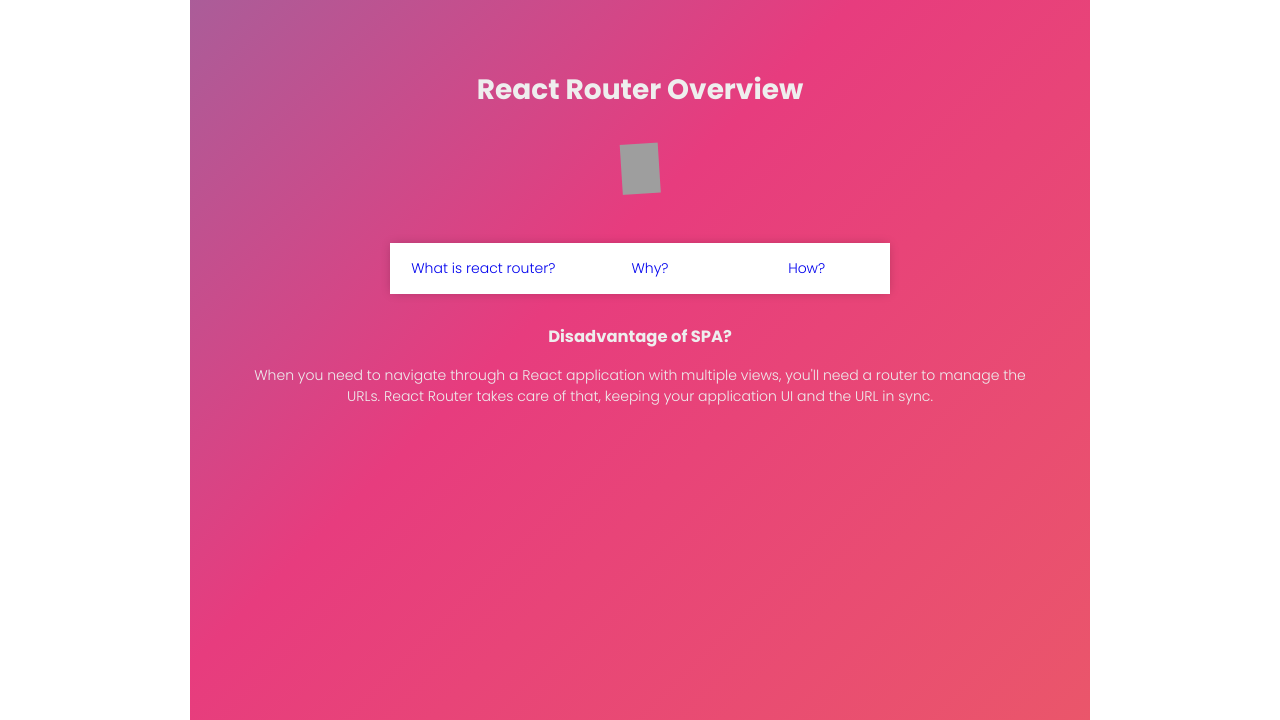
Repository: nguy3nds/2021-18-9-react
Page: /Why
An editor plug-in stored every save of this project. The page is shown before and after the next save, followed by the edit.
The browser window is 1280 px wide. The pictures show the whole page.
Pictures or frames that could not be fetched are drawn as grey boxes. The project was rebuilt for these pictures with package versions that can differ from the ones it lists, and the page was loaded fresh each time. Also part of the build but not shown: src/components/What.js, src/components/Why.js.

Above is the page before, as saved 2021-09-19 21:16:35.

### src/App.js
import React from "react";
import { BrowserRouter as Router, Switch, Route, Link } from "react-router-dom";
import "./App.css";
import What from "./components/What.js";
import How from "./components/Why";
import Why from "./components/How";
import styled, { keyframes } from "styled-components";

export default function App() {
  return (
    <Router>
      <DivContainer>
        <h1>React Router Overview</h1>
        <Rotate>
          <img
            src="https://lh6.googleusercontent.com/m9VlRb9FHZcqWTBz0msD2FZGpSQs84aAOwwniApLbL1oZWSDJsg4opq2uc81QzPWDtx5QJ2DeO12CFeol6vqJXcSOyp10LGoOW3K_wXIp3UDuQt1XhXE5KeUC8Epkj2hO51asKYe"
            className="App-logo"
            alt="logo"
            style={{ width: "50px" }}
          />
        </Rotate>
        <nav>
          <ul className="menu">
            <li class="menu-item has-child">
              <Link to="/What">What is react router?</Link>
            </li>
            <li className="menu-item has-child">
              <Link to="/Why">Why?</Link>
            </li>
            <li className="menu-item has-child">
              <Link to="/How">How?</Link>
            </li>
          </ul>
        </nav>

        {/* A <Switch> looks through its children <Route>s and
            renders the first one that matches the current URL. */}
        <Switch>
          <Route path="/How">
            <How />
          </Route>
          <Route path="/Why">
            <Why />
          </Route>
          <Route path="/What">
            <What />
          </Route>
        </Switch>
      </DivContainer>
    </Router>
  );
}

const gradient = keyframes`
	0% {
		background-position: 0% 50%;
	}
	50% {
		background-position: 100% 50%;
	}
	100% {
		background-position: 0% 50%;
	}
`;

const DivContainer = styled.div`
  margin: 0 auto;
  padding: 50px;
  text-align: center;
  color: #eee;
  background: linear-gradient(-45deg, #ee7752, #e73c7e, #23a6d5, #23d5ab);
  background-size: 400% 400%;
  animation: ${gradient} 15s ease infinite;
  height: 100vh;
`;

const rotate360 = keyframes`
  from {
    transform: rotate(0deg);
  }

  to {
    transform: rotate(360deg);
  }
`;

const Rotate = styled.div`
  display: inline-block;
  animation: ${rotate360} 2s linear infinite;
  padding: 2rem 1rem;
  font-size: 1.2rem;
`;

### src/App.css
@import url("https://fonts.googleapis.com/css2?family=Poppins:wght@300;400;600;700&display=swap");
:root {
  --primary: #08aeea;
  --secondary: #13d2b8;
  --purple: #bd93f9;
  --pink: #ff6bcb;
  --blue: #8be9fd;
  --gray: #333;
  --font: "Poppins", sans-serif;
  --gradient: linear-gradient(40deg, #ff6ec4, #7873f5);
  --shadow: 0 0 15px 0 rgba(0, 0, 0, 0.05);
}
*,
*:before,
*:after {
  box-sizing: border-box;
}
html {
  font-size: 62.5%;
  text-align: center;
}

body {
  font-family: var(--font);
  font-size: 1.4rem;
  overflow-x: hidden;
  font-weight: 300;
  width: 900px;
  margin: 0 auto;
}

img {
  display: block;
  max-width: 100%;
}

a {
  text-decoration: none;
}

input,
button,
textarea,
select {
  font-family: var(--font);
  font-size: 1.4rem;
  font-weight: 300;
  outline: none;
  border: 0;
  margin: 0;
  padding: 0;
  border-radius: 0;
  -webkit-appearance: none;
}

button {
  cursor: pointer;
}

.menu {
  position: relative;
  max-width: 500px;
  margin: 30px auto;
  display: grid;
  grid-template-columns: 1fr 1fr 1fr;
  justify-content: center;
  background-color: white;
  padding: 1.5rem;
  box-shadow: 0 0 10px -2px rgba(0, 0, 0, 0.25);
}

.menu-link {
  font-size: 1.4rem;
  color: #918eae;
  display: block;
}
.menu-link:hover {
  color: #202842;
}

.menu-child-link {
  display: flex;
  align-items: center;
  justify-content: space-between;
  padding: 1.5rem;
  color: #918eae;
}
.menu-child-item {
  position: relative;
}
.menu-child-link:hover {
  color: #202842;
}

.menu-toggle {
  display: none;
}
.nav {
  position: relative;
}
.arrow-right {
  display: none;
}
@media screen and (min-width: 1024px) {
  .arrow-down {
    display: none;
  }
  .arrow-right {
    display: block;
  }
  .menu-item:not(:first-child) {
    margin-left: 2rem;
  }
  .menu-child {
    position: absolute;
    top: 100%;
    left: 0;
    margin-top: 1rem;
    min-width: 20rem;
    background-color: white;
    box-shadow: var(--shadow);
    display: none;
  }
  .menu-child:before {
    content: "";
    position: absolute;
    top: 0;
    left: 0;
    width: 100%;
    height: 1rem;
    background-color: transparent;
    transform: translateY(-100%);
  }
  .menu-child1 {
    top: 0;
    left: 100%;
    margin-top: 0;
  }
  .menu-item.has-child:hover > .menu-child {
    display: block;
  }
  .menu-child-item.has-child:hover > .menu-child {
    display: block;
  }
}

ul li {
  list-style: none;
}
@media screen and (max-width: 1023px) {
  .menu {
    position: absolute;
    right: 0;
    top: 100%;
    min-width: 20rem;
    background-color: white;
    box-shadow: var(--shadow);
    flex-direction: column;
    display: none;
    z-index: 100;
  }
  .menu.show,
  .menu-child.show {
    display: block;
  }
  .menu-item:not(:last-child) {
    border-bottom: 1px solid #eee;
  }
  .menu-link {
    padding: 1.5rem;
    display: flex;
    justify-content: space-between;
    align-items: center;
  }
  .menu-child {
    display: none;
    background-color: #f6f6f6;
  }
  .menu-child1 {
    background-color: #eee;
  }
  .menu-toggle {
    width: max-content;
    font-size: 2rem;
    display: block;
    margin-left: auto;
    cursor: pointer;
  }
}

### src/components/How.js
export default function How() {
  return (
    <div>
      <h3>Disadvantage of SPA?</h3>
      <p>
        When you need to navigate through a React application with multiple
        views, you'll need a router to manage the URLs. React Router takes care
        of that, keeping your application UI and the URL in sync.
      </p>
    </div>
  );
}

Loaded but not shown: public/index.html (common file); src/index.js (common file); src/index.css (common file); src/reportWebVitals.js (common file)

After the next save:
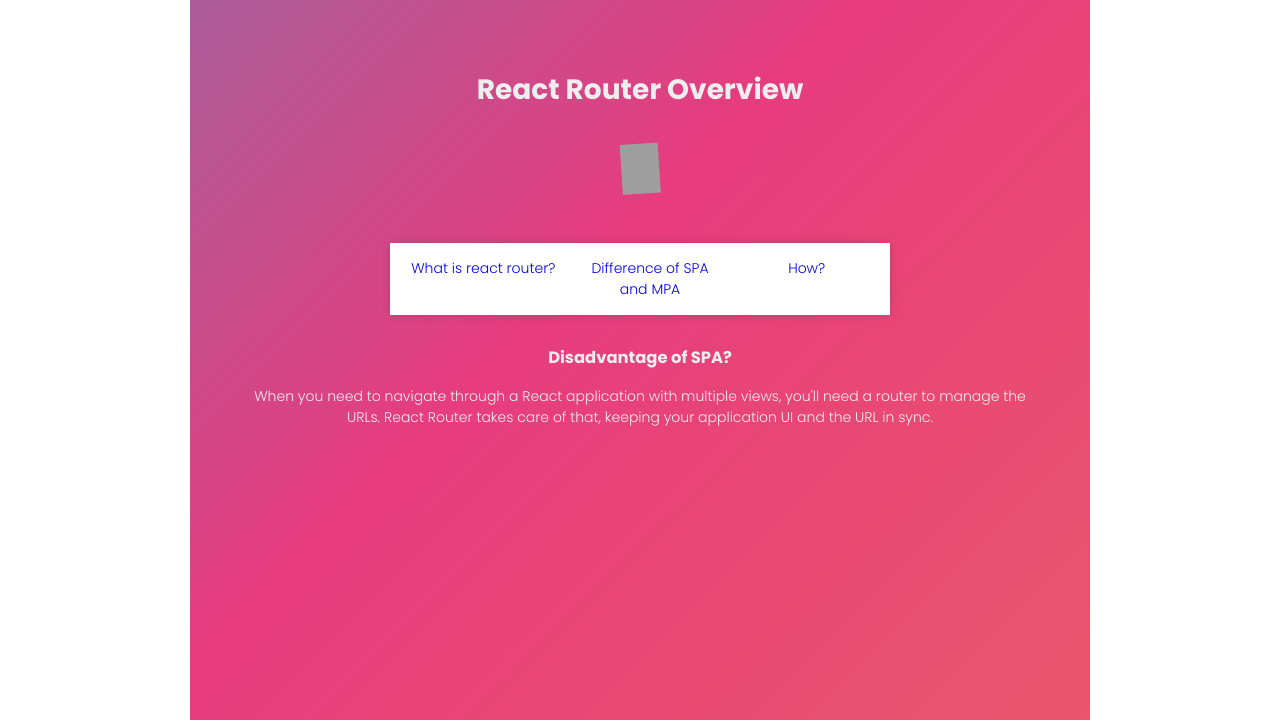
Saved 50 s later.
--- a/src/App.js
+++ b/src/App.js
@@ -25,7 +25,7 @@ export default function App() {
               <Link to="/What">What is react router?</Link>
             </li>
             <li className="menu-item has-child">
-              <Link to="/Why">Why?</Link>
+              <Link to="/Why">Difference of SPA and MPA</Link>
             </li>
             <li className="menu-item has-child">
               <Link to="/How">How?</Link>
